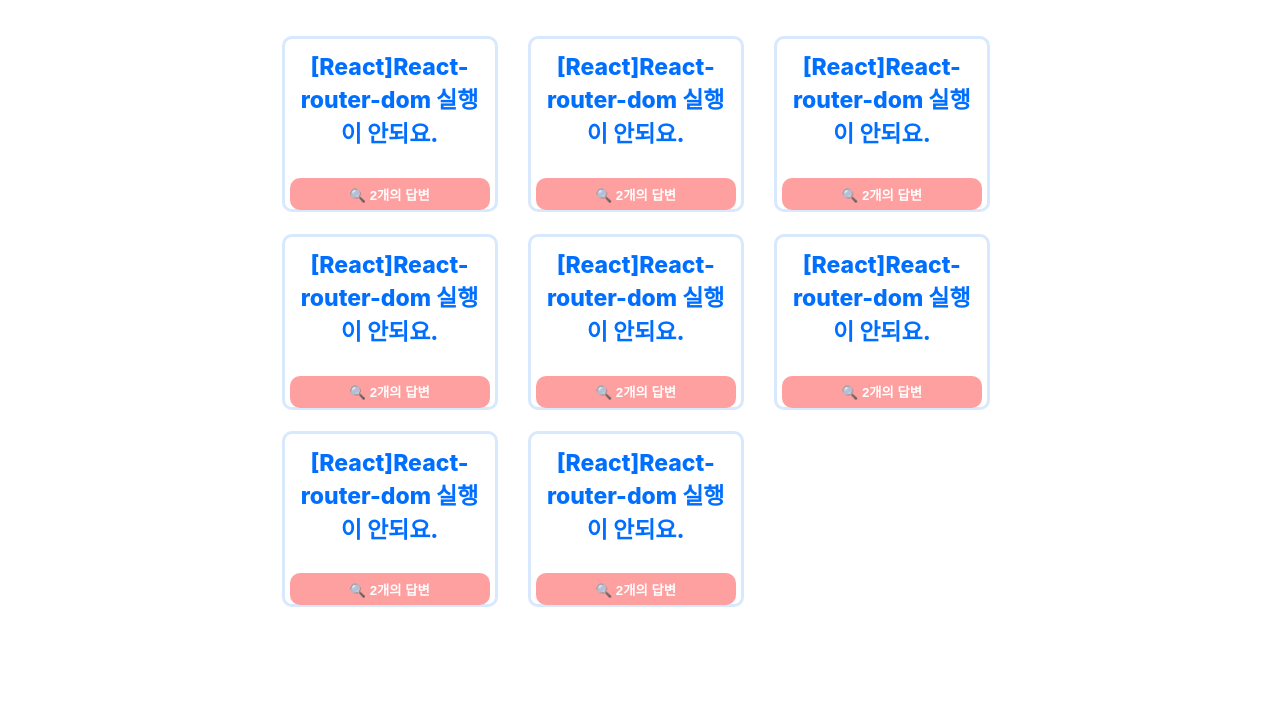
Repository: TeamCosine/Front
Page: /Qna
An editor plug-in stored every save of this project. The page is shown before and after a run of saves, followed by the edit.
The browser window is 1280 px wide. The pictures show the whole page.
The project was rebuilt for these pictures with package versions that can differ from the ones it lists, and the page was loaded fresh each time. Also part of the build but not shown: src/components/home/Card.js, src/pages/Home.js, src/pages/Profile.js, src/pages/Login.js, src/components/MyInfo/Card.js, src/pages/MyInfo.js, src/pages/Write.js, src/pages/Invite.js.

Above is the page before, as saved 2023-07-22 23:10:20.

### src/App.js
import React from 'react';
import './App.css';

import {BrowserRouter, Routes, Route} from 'react-router-dom';
import Home from './pages/Home';
import Profile from './pages/Profile';
import Login from './pages/Login';
import MyInfo from './pages/MyInfo';
import Write from './pages/Write';
import Qna from './pages/Qna';
import Invite from './pages/Invite';


function App() {
  return (
    <BrowserRouter>
    <div className="App">
      <Routes>
        <Route path = "/" element={<Login/>}/>
        <Route path = "/profile" element={<Profile/>}/>
        <Route path = "/myinfo" element = {<MyInfo/>} />
        <Route path = "/Write" element = {<Write/>} />
        <Route path = "/Qna" element={<Qna/>}/>
        <Route path = "/home" element = {< Home/>}/>
        <Route path = "/invite" element={<Invite/>}/>

      </Routes>
    </div>
    </BrowserRouter>
  );
}

export default App;

### src/pages/Qna.js
import React from "react";
import styled from 'styled-components';
import Card from "../components/QNA/Card";
//import Title from "../components/common/Title";

const Container = styled.div`

`;
const GridContainer = styled.div`
   display: grid;
   grid-template-columns: repeat(3, 1fr);
   grid-gap: 3vh;
   padding-left: 22vw;
   padding-right: 22vw;
   padding-top: 5vh;
`;
const Title = styled.div`
    background-color: #e8f1fd;
    border-radius: 15px;
    width :
`;

const Qna =()=>{
    return (
        <>
          {/* <Title text={"QNA"}/> */}
          <Title></Title>
          <Container>
            <GridContainer>
            <Card/>
            <Card/>
            <Card/>
            <Card/>
            <Card/>
            <Card/>
            <Card />
            <Card/>
            </GridContainer>
          </Container>
        </>
    )
}

export default Qna;

### src/components/QNA/Card.js
import React from "react";
import styled from "styled-components";

const Container = styled.div`
   border-radius: 10px;
   border : 3px solid #d8e8fd;
   background-color: white;
   width : 210px;
   height : 170px;
`;

const Text = styled.div`
   padding-top: 2vh;
   color : #006fff;
   font-size: 23px;
   font-weight: 800;
   flex-shrink: 0;
   padding-bottom: 4vh;
   padding-left : 1vw;
   padding-right: 1vw;
`;
const Btn = styled.button`
    text-align: center;
    width : 200px;
    height : 32px;
    background-color: #ffa0a0;
    flex-shrink: 0;
    color : white;
    border-radius: 10px;
    border:none;
    font-weight: bold;
`;
const Card =() =>{

    return (
        <>
           <Container>
              <Text>[React]React-router-dom 실행이 안되요.</Text>
              <div>
                <Btn>🔍 2개의 답변</Btn>
              </div>

           </Container>
        </>
    )

}

export default Card;

Loaded but not shown: public/index.html (common file); src/index.js (common file); src/index.css (common file); src/reportWebVitals.js (common file); src/App.css (common file)

After the next 3 saves:
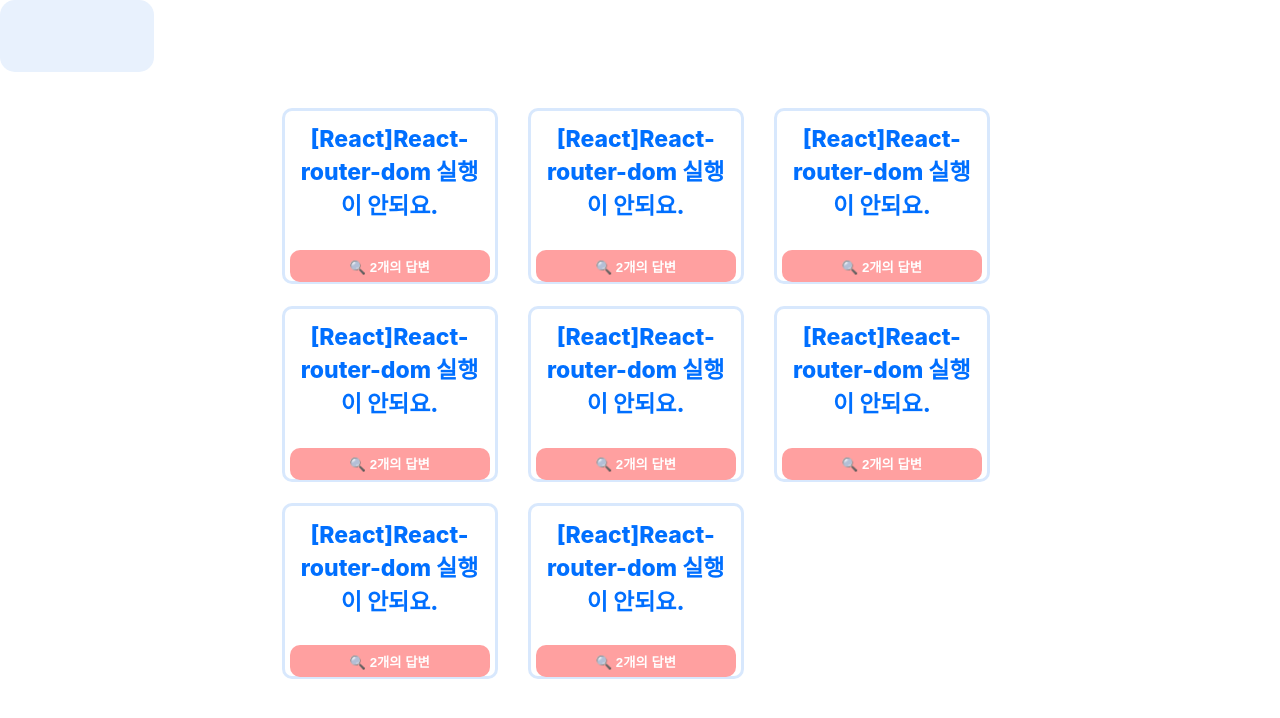
The 3 saves are shown as one change because they came seconds apart.
The last was saved 13 s later.
--- a/src/pages/Qna.js
+++ b/src/pages/Qna.js
@@ -17,7 +17,9 @@
 const Title = styled.div`
     background-color: #e8f1fd;
     border-radius: 15px;
-    width :
+    width : 12vw;
+    height : 10vh;
+
 `;
 
 const Qna =()=>{
